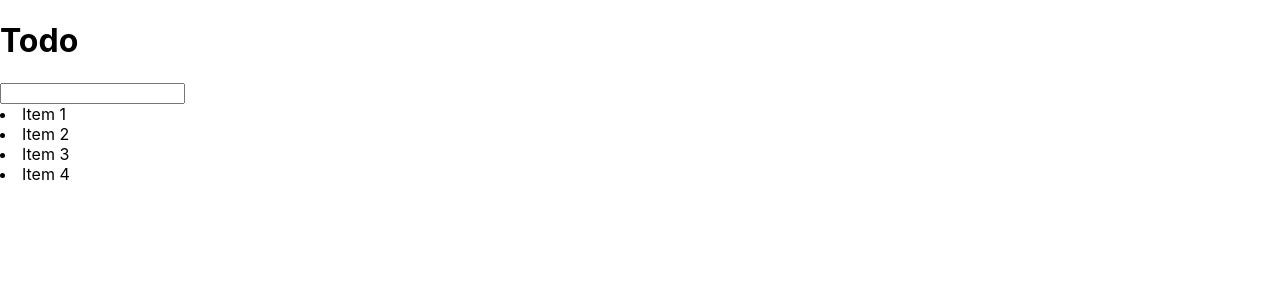
Repository: Aakash20bhatt/LearnReact
Page: /contact (app in performance/)
An editor plug-in stored every save of this project. The page is shown before and after the next save, followed by the edit.
The browser window is 1280 px wide. The pictures show the whole page.
The project was rebuilt for these pictures with package versions that can differ from the ones it lists, and the page was loaded fresh each time. Also part of the build but not shown: performance/src/App.css, performance/src/Components/LargeArraySum.jsx.

Above is the page before, as saved 2024-09-14 21:47:40.

After the next save:
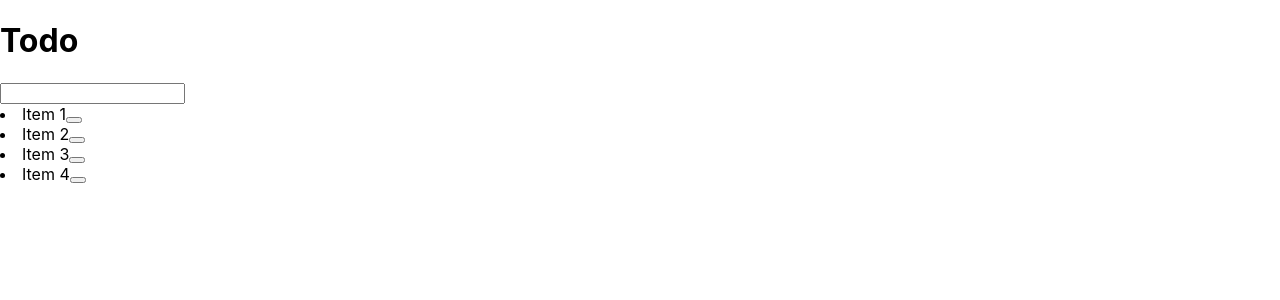
Saved 2 min 25 s later.
--- a/performance/src/Components/Todo.jsx
+++ b/performance/src/Components/Todo.jsx
@@ -3,6 +3,14 @@ import React, { useState } from 'react';
 export default function Todo(){
     const [list,setList] = useState(['Item 1', 'Item 2', 'Item 3', 'Item 4']);
     const [todo, setTodo] = useState('');
+
+    const removeItem = (itemToDelete)=>{
+        const filteredList = list.filter((item)=>{
+            return item!==itemToDelete;
+        })
+
+        setList(filteredList);
+    }
 
     return(
         <div>
@@ -11,7 +19,9 @@ export default function Todo(){
                 <input value={todo} type="text" onChange={(e)=>setTodo(e.target.value)}/>
             </div>
             {list.map((item)=>{
-                return <li key={item}>{item}</li>
+                return <li key={item}>{item}
+                    <button onClick={(item)=>removeItem(item)}></button>
+                </li>
             })}
         </div>
     )
